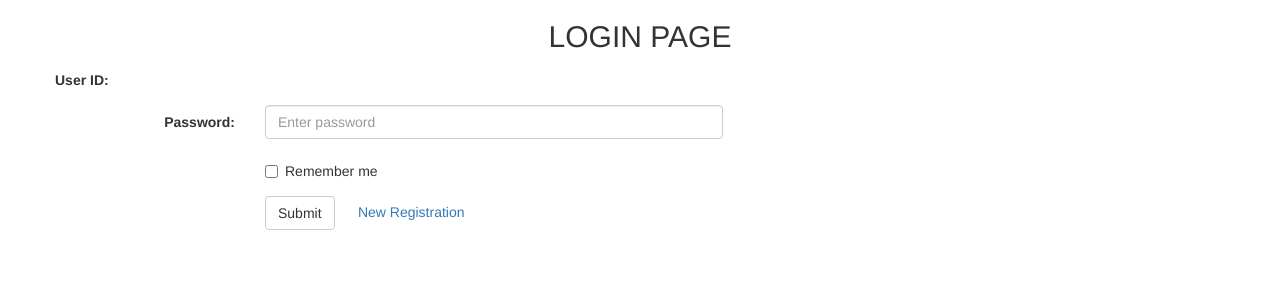
Repository: AvantiKopulwar/Task-Workspace
Page: http://localhost/AdminStudentLogin/
These files come from the project's save history. The page is drawn as it stood at one moment and after the next save; the edit follows.
The browser window is 1280 px wide. The pictures show the whole page.
The page is served by Tomcat 9.

Above is the page before, as saved 2018-10-04 18:00:58.

After the next save:
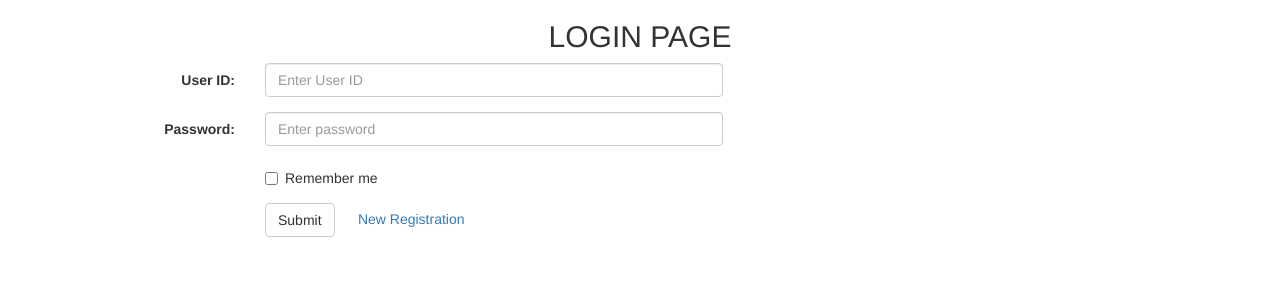
Saved 64 s later.
--- a/AdminStudentLogin/WebContent/index.jsp
+++ b/AdminStudentLogin/WebContent/index.jsp
@@ -18,11 +18,11 @@ pageEncoding="ISO-8859-1"%>
 		<h2 align="center"> LOGIN PAGE</h2>
 		<form class="form-horizontal" action="login">
 			<div class="form-group">
-				<label class="control-label col-sm-20" for="uname">User ID:</label>
-				<!-- <div class="col-sm-5">
+				<label class="control-label col-sm-2" for="uname">User ID:</label>
+				<div class="col-sm-5">
 					<input type="text" class="form-control" id="uname"
 						placeholder="Enter User ID" name="uname">
-				</div> -->
+				</div>
 			</div>
 			<div class="form-group">
 				<label class="control-label col-sm-2" for="password">Password:</label>
